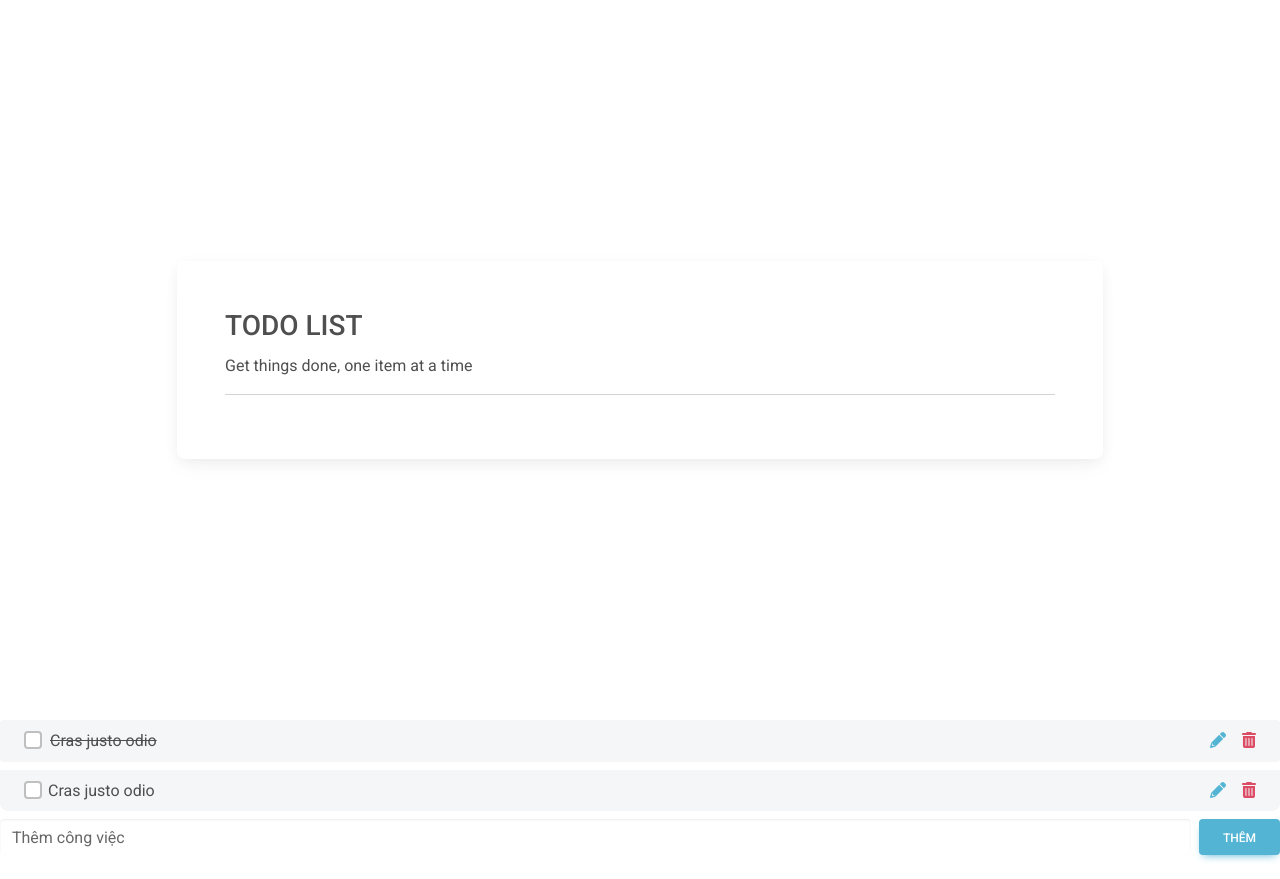
Repository: TinhTT336/MD02_HACKATHON01_HN_JV230620_BS_TranThiTinh_Basic
Page: /
An editor plug-in stored every save of this project. The page is shown before and after the next save, followed by the edit.
The browser window is 1280 px wide. The pictures show the whole page.
Some web libraries are served in a nearby version. The project was rebuilt for these pictures with package versions that can differ from the ones it lists, and the page was loaded fresh each time. Also part of the build but not shown: vite.config.js, src/App.css, src/index.css.

Above is the page before, as saved 2023-09-05 10:11:41.

After the next save:
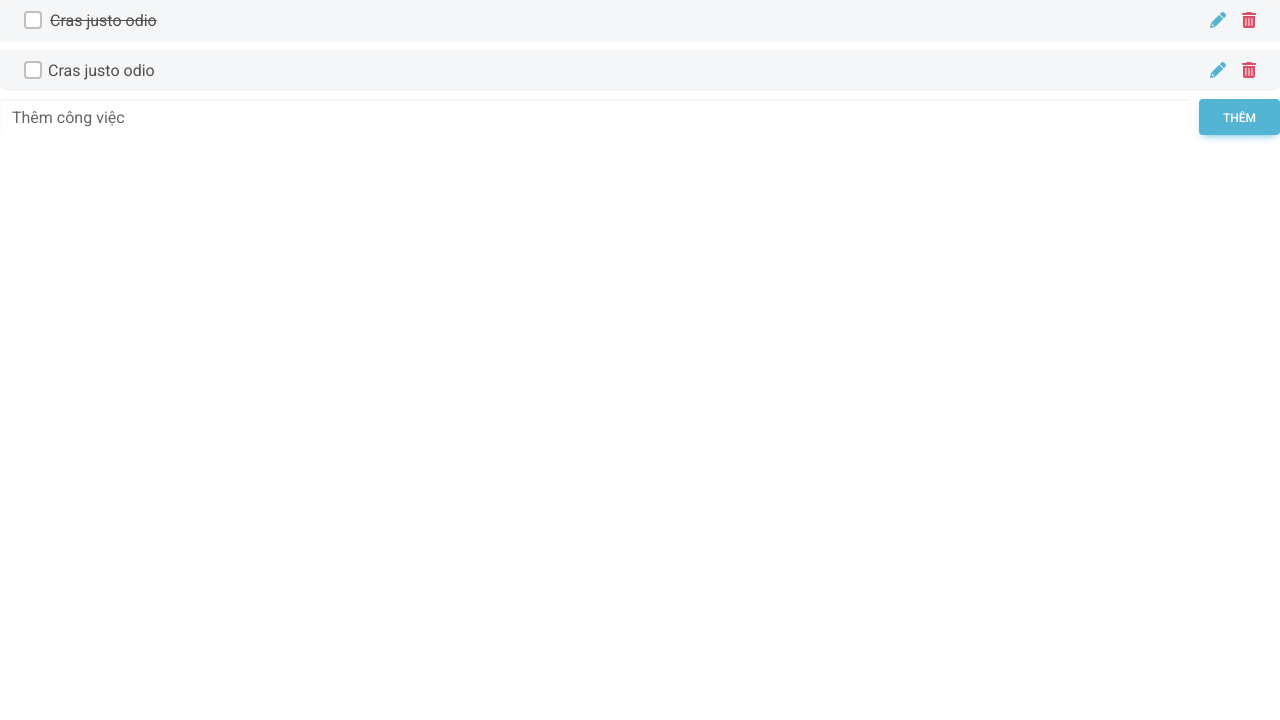
Saved 14 s later.
--- a/src/TodoList/Index.jsx
+++ b/src/TodoList/Index.jsx
@@ -5,7 +5,7 @@ import Form from './Form'
 export default function Index() {
     return (
         <div>
-            <Header />
+            {/* <Header /> */}
             <Form />
         </div>
     )
